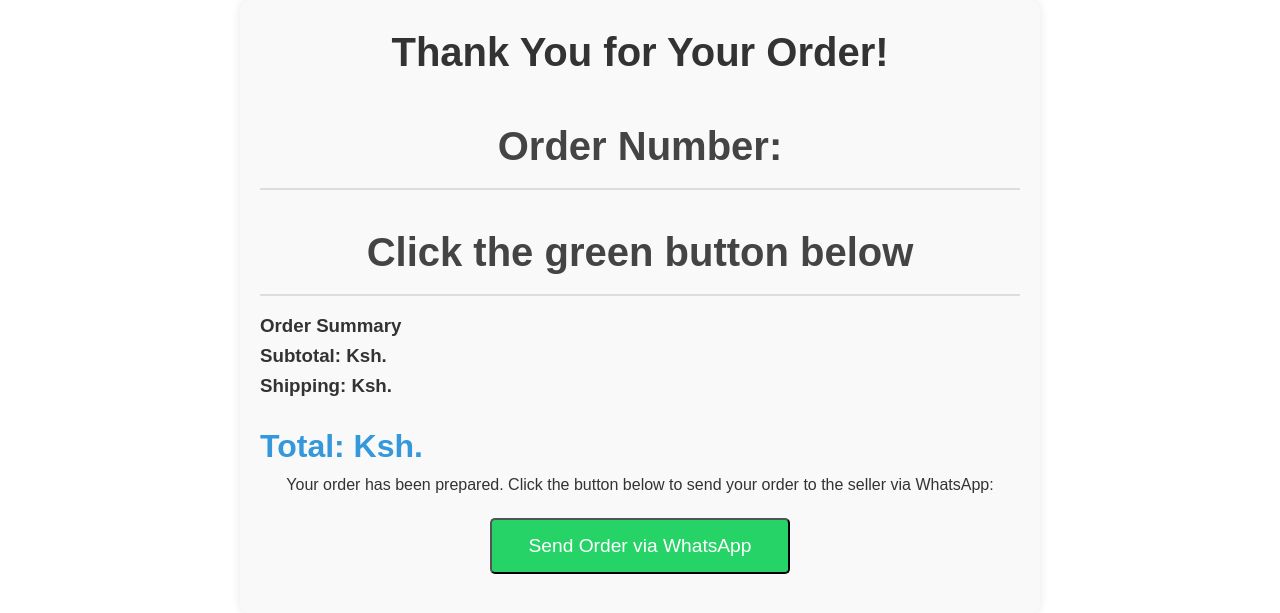
Repository: mrPractise/Elma-Shop
Page: templates/thankyou.html
An editor plug-in stored every save of this project. The page is shown before and after the next save, followed by the edit.
The browser window is 1280 px wide. The pictures show the whole page.
Some web fonts or font styles are not loaded; a fallback is used. The page is served by the project's application, run on Django 5.2 (manage.py). Other server files are loaded and not shown. The template is opened directly, without the code that normally fills it, so the values that code supplies are empty.

Above is the page before, as saved 2024-09-29 17:33:50.

### Shop/templatetags/cart_tags.py
from django import template
from Shop.models import Cart, CartItem

register = template.Library()

@register.filter
def cart_item_count(session):
    cart_id = session.get('cart_id')
    if cart_id:
        return CartItem.objects.filter(cart_id=cart_id).count()
    return 0

### Shop/templatetags/category_tags.py


from django import template
from django.urls import reverse

register = template.Library()

@register.simple_tag
def category_url(category):
    url_names = {
        'beauty-products': 'beauty-products',
        'dresses': 'dresses',
        'jewelry': 'jewelry',
        'home-decor': 'home-decor'
    }
    url_name = url_names.get(category.slug, 'category_detail')
    return reverse(url_name, kwargs={'category_slug': category.slug})

### templates/thankyou.html
{% load static %}
{% load humanize %}

<link rel="stylesheet" href="{% static 'css/styles.css' %}">

<div class="thankyou-container">
    <h1>Thank You for Your Order!</h1>
    <h2>Order Number: {{ order.order_number }}</h2>
 <h2>Click the green button below</h2>
    <h3>Order Summary</h3>
    {% for item in order.items %}
        <div class="thankyou-order-item">
            <img src="{{ item.image_url }}" alt="{{ item.product_name }}" class="thankyou-item-image">
            <div class="thankyou-item-details">
                <p class="thankyou-item-name">{{ item.product_name }}</p>
                <p class="thankyou-item-quantity">Quantity: {{ item.quantity }}</p>
                <p class="thankyou-item-price">Price: Ksh.{{ item.price|intcomma }}</p>
            </div>
        </div>
    {% endfor %}

    <h3>Subtotal: Ksh.{{ order.subtotal|intcomma }}</h3>
    <h3>Shipping: Ksh.{{ order.shipping_cost|intcomma }}</h3>
    <h3 class="thankyou-total">Total: Ksh.{{ order.total_amount|intcomma }}</h3>

    <p class="thankyou-message">Your order has been prepared. Click the button below to send your order to the seller via WhatsApp:</p>
    <button onclick="sendWhatsAppMessage()" class="thankyou-button thankyou-whatsapp-button">Send Order via WhatsApp</button>
</div>

<script>
function sendWhatsAppMessage() {
    var phoneNumber = '{{ whatsapp_number }}';
    var message = '{{ whatsapp_message|escapejs }}';
    var whatsappUrl = `https://wa.me/${phoneNumber}?text=${encodeURIComponent(message)}`;

    window.open(whatsappUrl, '_blank');
}
</script>

### Shop/context_processors.py
# In a new file, e.g., myapp/context_processors.py

from django.conf import settings
import urllib.parse

def whatsapp_url(request):
    phone_number = settings.WHATSAPP_NUMBER
    message = settings.WHATSAPP_MESSAGE
    whatsapp_url = f"https://wa.me/{phone_number}?text={urllib.parse.quote(message)}"
    return {'whatsapp_url': whatsapp_url}

### Shop/cache_control.py
from django.utils.cache import patch_cache_control
from django.conf import settings

def cache_control_middleware(get_response):
    def middleware(request):
        response = get_response(request)
        if request.path.startswith(settings.MEDIA_URL) and request.path.lower().endswith(('.png', '.jpg', '.jpeg', '.gif')):
            patch_cache_control(response, max_age=3600*24*30)  # Cache for 30 days
        return response
    return middleware

### ElmaShop/urls.py
from django.contrib import admin
from django.urls import path, include
from django.conf.urls.static import static
from django.conf import settings

urlpatterns = [
    path('admin/', admin.site.urls),
    path('', include('Shop.urls'))
]

if settings.DEBUG:
    urlpatterns += static(settings.STATIC_URL, document_root=settings.STATIC_ROOT)
    urlpatterns += static(settings.MEDIA_URL, document_root=settings.MEDIA_ROOT)

### Shop/urls.py
from django.urls import path
from Shop import views


urlpatterns = [
    path('', views.home, name='home'),
    path('beauty/', views.beauty, name='Beauty-Products'),
    path('dress/', views.dress, name='Dresses'),
    path('jewelry/', views.jewelry, name='Jewelry'),
    path('homedecor/', views.homedecor, name='Homedecor'),
    path('checkout/', views.checkout, name='checkout'),
    path('products/<slug:category_slug>/', views.category_products, name='category_products'),
    path('cart/', views.cartpage, name='cartpage'),
    path('add-to-cart/<int:product_id>/', views.add_to_cart, name='add_to_cart'),
    path('remove-from-cart/<int:product_id>/', views.remove_from_cart, name='remove_from_cart'),
    path('update-cart/<int:product_id>/', views.update_cart, name='update_cart'),
    path('search/', views.search_products, name='search_products'),
    path('thank-you/', views.thank_you, name='thank_you'),
    path('cancel-order/', views.cancel_order, name='cancel_order'),
]

Loaded but not shown: Shop/templatetags/custom_filters.py (common file); static/css/styles.css (1472 lines, source omitted)

After the next save:
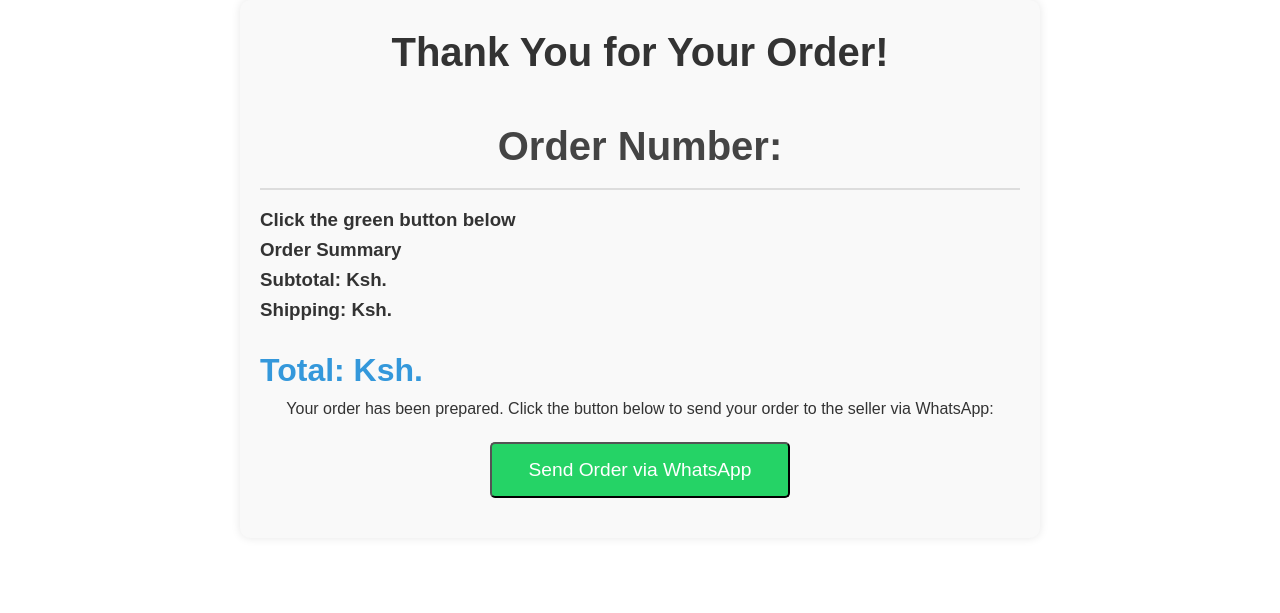
Saved 48 s later.
--- a/templates/thankyou.html
+++ b/templates/thankyou.html
@@ -6,7 +6,7 @@
 <div class="thankyou-container">
     <h1>Thank You for Your Order!</h1>
     <h2>Order Number: {{ order.order_number }}</h2>
- <h2>Click the green button below</h2>
+ <h3>Click the green button below</h3>
     <h3>Order Summary</h3>
     {% for item in order.items %}
         <div class="thankyou-order-item">

After the save that followed:
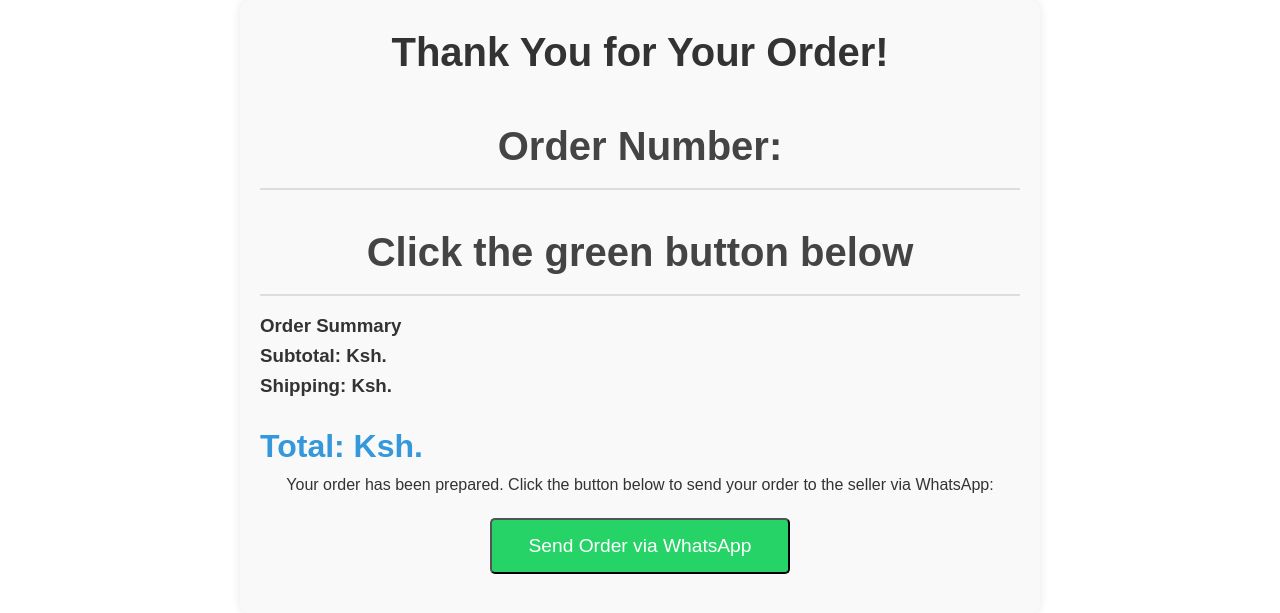
Saved 62 s later.
--- a/templates/thankyou.html
+++ b/templates/thankyou.html
@@ -6,7 +6,7 @@
 <div class="thankyou-container">
     <h1>Thank You for Your Order!</h1>
     <h2>Order Number: {{ order.order_number }}</h2>
- <h3>Click the green button below</h3>
+ <h2 class="click-me">Click the green button below</h2>
     <h3>Order Summary</h3>
     {% for item in order.items %}
         <div class="thankyou-order-item">
